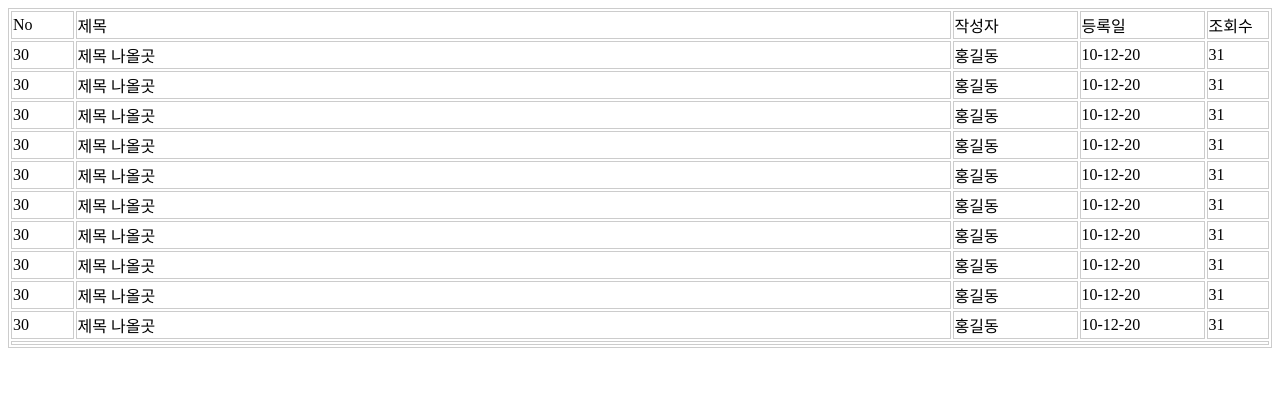
Repository: gudbrwkd98/JavaEE-JSP
Page: http://localhost/BoardApp/news/list.jsp
An editor plug-in stored every save of this project. The page is shown before and after the next save, followed by the edit.
The browser window is 1280 px wide. The pictures show the whole page.
The page is served by Tomcat 9. Other server files are loaded and not shown.

Above is the page before, as saved 2020-12-09 01:22:34.

### BoardApp/WebContent/news/list.jsp
<%@ page contentType="text/html;charset=utf-8"%>
<%
	int totalRecord= 26;//총 레코드 수
	int pageSize = 10; //한페이지에 보여질  레코드 수
	int totalPage = (int)(Math.ceil((float)totalRecord/pageSize));


%>
<!DOCTYPE html>
<html>
<head>
<meta charset="utf-8">
<title>Insert title here</title>
<style>
table{
	width:100%;
	border:1px solid #cccccc;
}
td{
	border:1px solid #cccccc;
}
</style>
<script>
</script>
</head>
<body>
	<table>
		<tr>
			<td width="5%">No</td>
			<td width="70%">제목</td>
			<td width="10%">작성자</td>
			<td widht="10%">등록일</td>
			<td width="5%">조회수</td>
		</tr>
		<%for(int i = 1 ; i <=pageSize; i++){ %>
		<tr>
			<td>30</td>
			<td>제목 나올곳</td>
			<td>홍길동</td>
			<td>10-12-20</td>
			<td>31</td>
		</tr>
		<%} %>
		<tr>
			<td colspan="5" align="center">

			</td>
		</tr>
	</table>
</body>
</html>

After the next save:
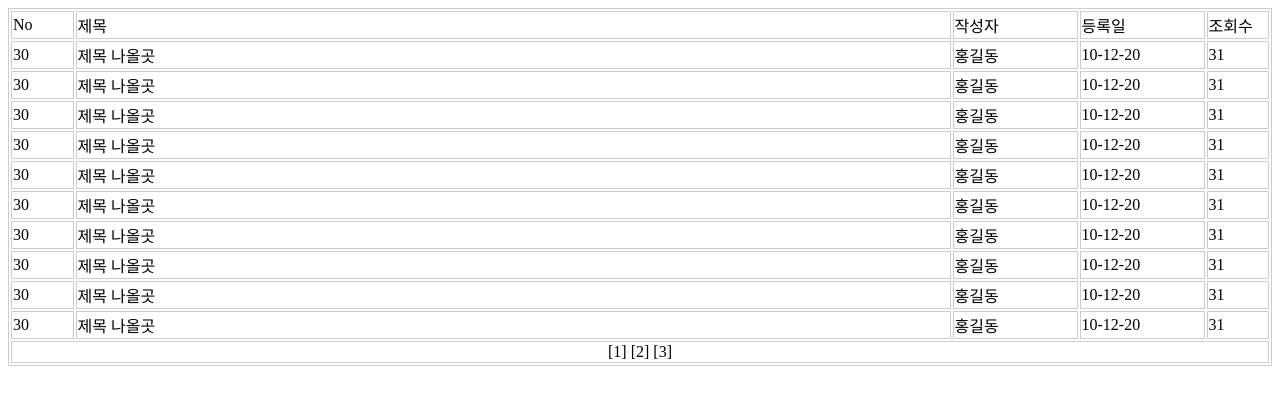
Saved 42 s later.
--- a/BoardApp/WebContent/news/list.jsp
+++ b/BoardApp/WebContent/news/list.jsp
@@ -43,7 +43,9 @@ td{
 		<%} %>
 		<tr>
 			<td colspan="5" align="center">
-
+				<%for(int i = 1 ; i<=totalPage;i++){%>
+					[<%=i %>]
+				<%} %>
 			</td>
 		</tr>
 	</table>
